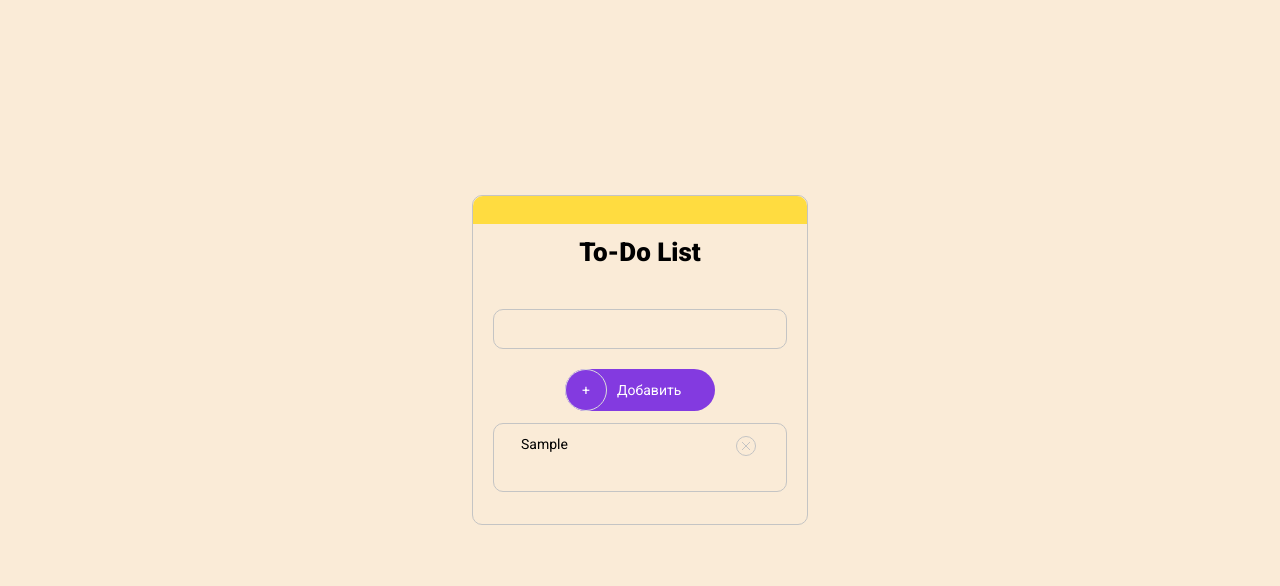
Repository: NatiqSamiyev/To-do-List-js
Page: insex.html
An editor plug-in stored every save of this project. The page is shown before and after the next save, followed by the edit.
The browser window is 1280 px wide. The pictures show the whole page.
Empty fields were first filled with sample values (such as "Sample", 5 or name@example.com).
After loading, the first visible `form` was submitted once.
Some web fonts or font styles are not loaded; a fallback is used.

Above is the page before, as saved 2023-10-31 12:11:38.

### insex.html
<!DOCTYPE html>
<html lang="en">
  <head>
    <meta charset="UTF-8" />
    <meta name="viewport" content="width=device-width, initial-scale=1.0" />
    <title>Document</title>
    <link rel="stylesheet" href="index.css" />
  </head>
  <body>
    <div class="list-container">
      <div class="card">
        <div class="color">
          <div class="yellow-box"></div>
          <h1>To-do list</h1>
        </div>
        <main>
          <form action="">
            <label for="">
              <input type="text" class="text-input" required />
            </label>
            <button class="submit-btn">
              <div class="circle">+</div>
              <p>Добавить</p>
            </button>
          </form>
          <ul>

          </ul>
        </main>
      </div>
    </div>
  </body>
  <script src="./index.js"></script>
</html>

### index.css
@import url("https://fonts.googleapis.com/css2?family=Epilogue:wght@400;600;700;800&family=Inter:wght@400;500;600;700&family=Laila:wght@700&family=Open+Sans:wght@400;600;700;800&family=Roboto+Slab:wght@700&family=Roboto:wght@400;700;900&display=swap");

* {
  margin: 0;
  padding: 0;
  box-sizing: border-box;
}

.list-container {
  width: 100%;
  min-height: 100vh;
  display: flex;
  justify-content: center;
  align-items: center;
  background-color: antiquewhite;
}

.card {
  width: 336px;
  padding-bottom: 20px;
  border-radius: 10px;
  border: 1px solid #c4c4c4;
  background: rgba(196, 196, 196, 0);
}
main {
  padding: 0 20px;
}
.yellow-box {
  height: 28px;
  width: 100%;
  background-color: #ffdc40;
  border-top-right-radius: 10px;
  border-top-left-radius: 10px;
}
form .color img {
  width: 100%;
  height: 28px;
}

.color h1 {
  margin-top: 13px;
  color: #000;
  text-align: center;
  font-family: Roboto;
  font-size: 26px;
  font-style: normal;
  font-weight: 900;
  line-height: normal;
  text-transform: capitalize;
}

input {
  margin-top: 42px;
  padding: 10px 15px;
  width: 100%;
  height: 40px;
  border-radius: 10px;
  border: 1px solid #c4c4c4;
  background: rgba(196, 196, 196, 0);
  cursor: pointer;
}

ul {
  margin-bottom: 12px;
  margin-top: 12px;
  padding: 12px 30px 12px 27px;
  width: 100%;
  border-radius: 10px;
  border: 1px solid #c4c4c4;
  background: rgba(196, 196, 196, 0);
  display: none;
}

ul li {
  margin-bottom: 20px;
  list-style-type: none;
  display: flex;
  justify-content: space-between;
}

ul li h3 {
  color: #000;
  font-family: Roboto;
  font-size: 14px;
  font-style: normal;
  font-weight: 400;
  line-height: normal;
}

ul li img {
  width: 20px;
  height: 20px;
}
button {
  border: none;
  background: none;
}
.submit-btn {
  width: 150px;
  height: 42px;
  margin: auto;
  margin-top: 20px;
  display: flex;
  align-items: center;
  background-color: #833ae0;
  border-radius: 25px;
  border: none;

  color: #fff;
  text-align: center;
  font-family: Roboto;
  font-size: 14px;
  font-style: normal;
  font-weight: 400;
  line-height: normal;
}
button .circle {
  margin-right: 10px;
  border-radius: 50%;
  width: 42px;
  height: 42px;
  border: 0.5px solid gainsboro;
  display: flex;
  justify-content: center;
  align-items: center;
}

### index.js
let form = document.querySelector("form");
let btn = document.querySelector("button");
let ul = document.querySelector("ul");
let input = document.querySelector(".text-input");

form.addEventListener("submit", sumbitForm);
function sumbitForm(e) {
  e.preventDefault();
  ul.style.display = "block";
  ul.innerHTML += `
    <li>
    <h3>${input.value}</h3>
    <button>
      <img src="./image/Group 56.svg" alt="" />
    </button>
  </li>
`;
  form.reset();
}

After the next save:
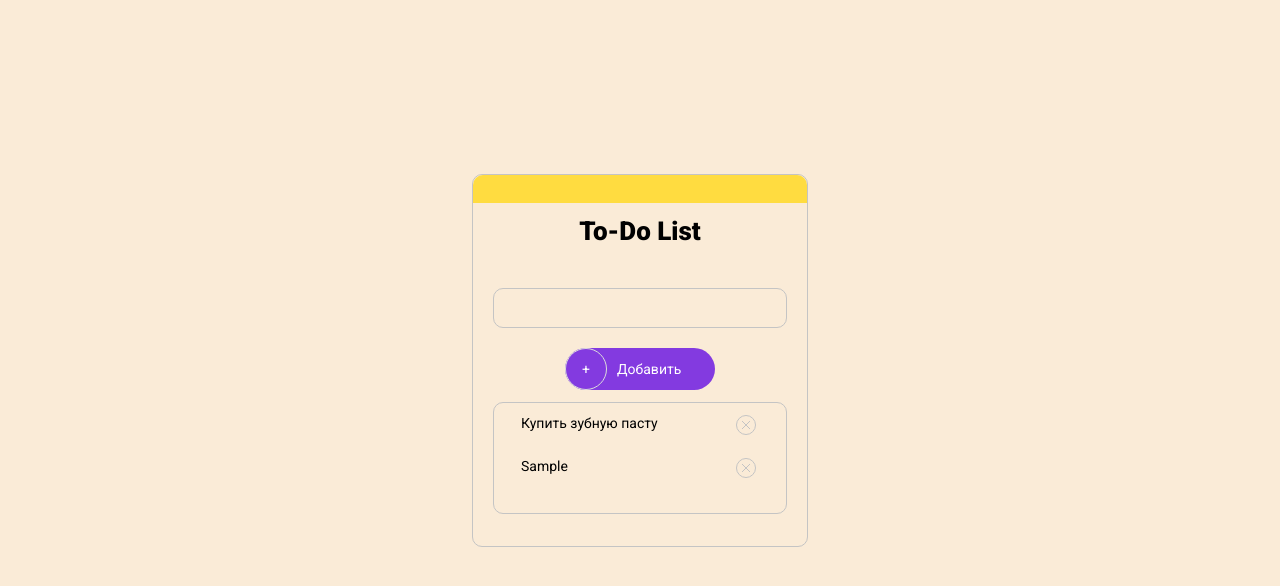
Saved 14 s later.
--- a/insex.html
+++ b/insex.html
@@ -24,7 +24,12 @@
             </button>
           </form>
           <ul>
-
+            <li>
+              <h3>Купить зубную пасту</h3>
+              <button>
+                <img src="./image/Group 56.svg" alt="" />
+              </button>
+            </li>
           </ul>
         </main>
       </div>

After the 2 saves that followed:
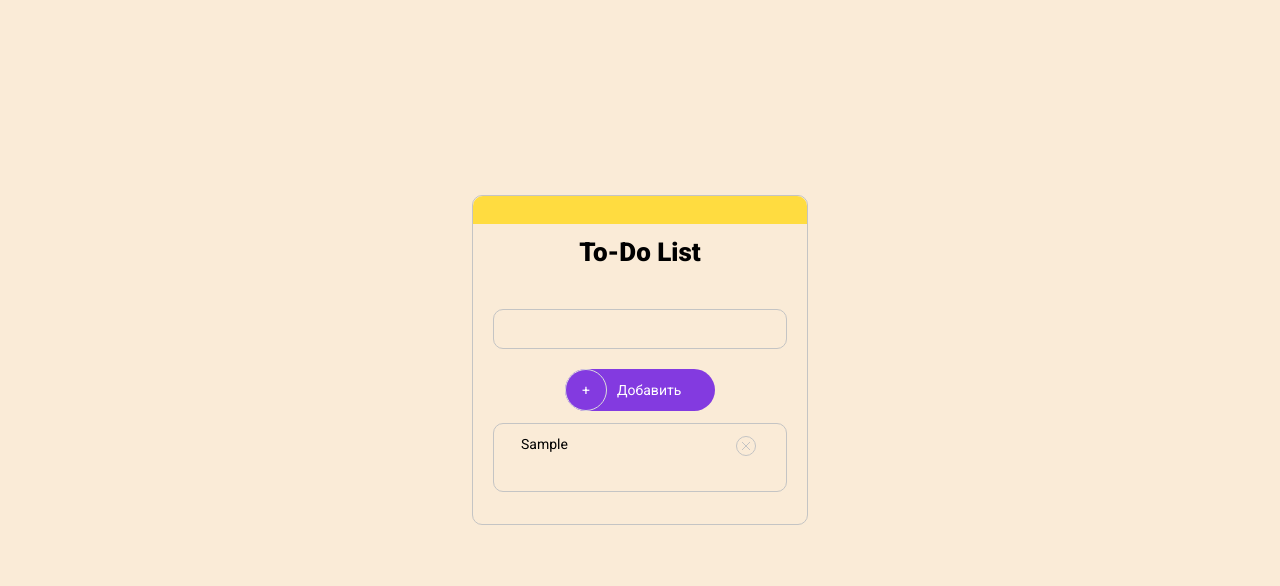
The 2 saves are shown as one change because they came seconds apart.
The last was saved 10 s later.
--- a/insex.html
+++ b/insex.html
@@ -24,12 +24,7 @@
             </button>
           </form>
           <ul>
-            <li>
-              <h3>Купить зубную пасту</h3>
-              <button>
-                <img src="./image/Group 56.svg" alt="" />
-              </button>
-            </li>
+
           </ul>
         </main>
       </div>
